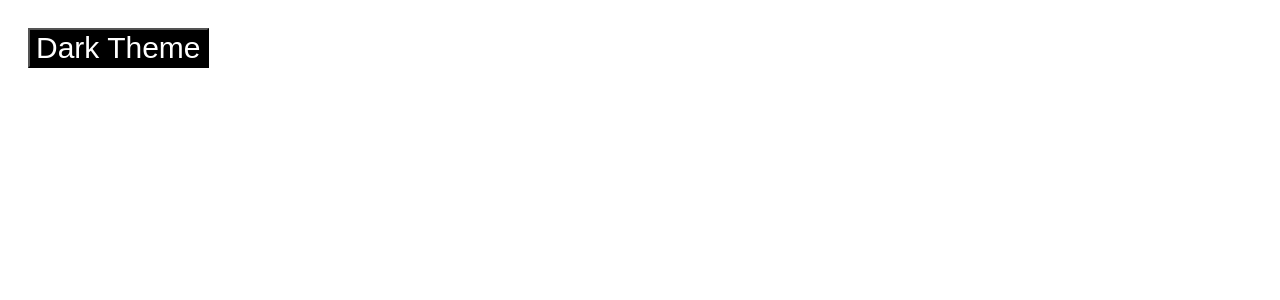
Repository: onalennaleso/empty
Page: manipulation.html
These files come from the project's save history. The page is drawn as it stood at one moment and after the next save; the edit follows.
The browser window is 1280 px wide. The pictures show the whole page.

Above is the page before, as saved 2024-02-16 05:27:38.

### manipulation.html
<!DOCTYPE html>
<html lang="en">

<head>
    <meta charset="UTF-8">
    <meta name="viewport" content="width=device-width, initial-scale=1.0">
    <title>Theme</title>
    <style>
        button {
            margin: 20px;
            font-size: 30px;
            background-color: black;
            color: white;
        }
    </style>
</head>

<body>
    <div class="box">
    </div>
    <button>
        Dark Theme
    </button>
    <script>
        function darktheme() {
            let box = document.querySelector(".box");
            box.classList.add("black");
        }

        let button = document.querySelector("button");
        button.addEventListener("click", darktheme);
    </script>

</body>

</html>

After the next save:
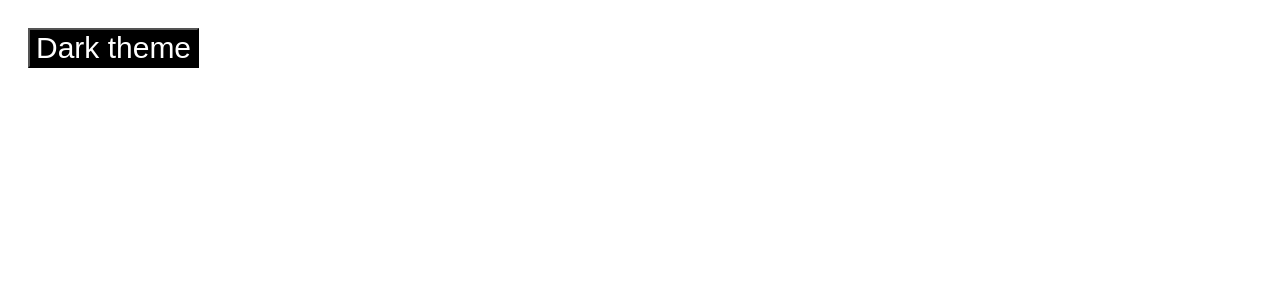
Saved 3 min 32 s later.
--- a/manipulation.html
+++ b/manipulation.html
@@ -16,19 +16,20 @@
 </head>
 
 <body>
-    <div class="box">
-    </div>
     <button>
-        Dark Theme
+        Dark theme
     </button>
+
     <script>
-        function darktheme() {
-            let box = document.querySelector(".box");
-            box.classList.add("black");
+        function changeTheme() {
+            let body = document.querySelector("body");
+
+            body.classList.add("dark");
         }
 
-        let button = document.querySelector("button");
-        button.addEventListener("click", darktheme);
+        let themeButton = document.querySelector("button");
+
+        themeButton.addEventListener("click", changeTheme);
     </script>
 
 </body>
